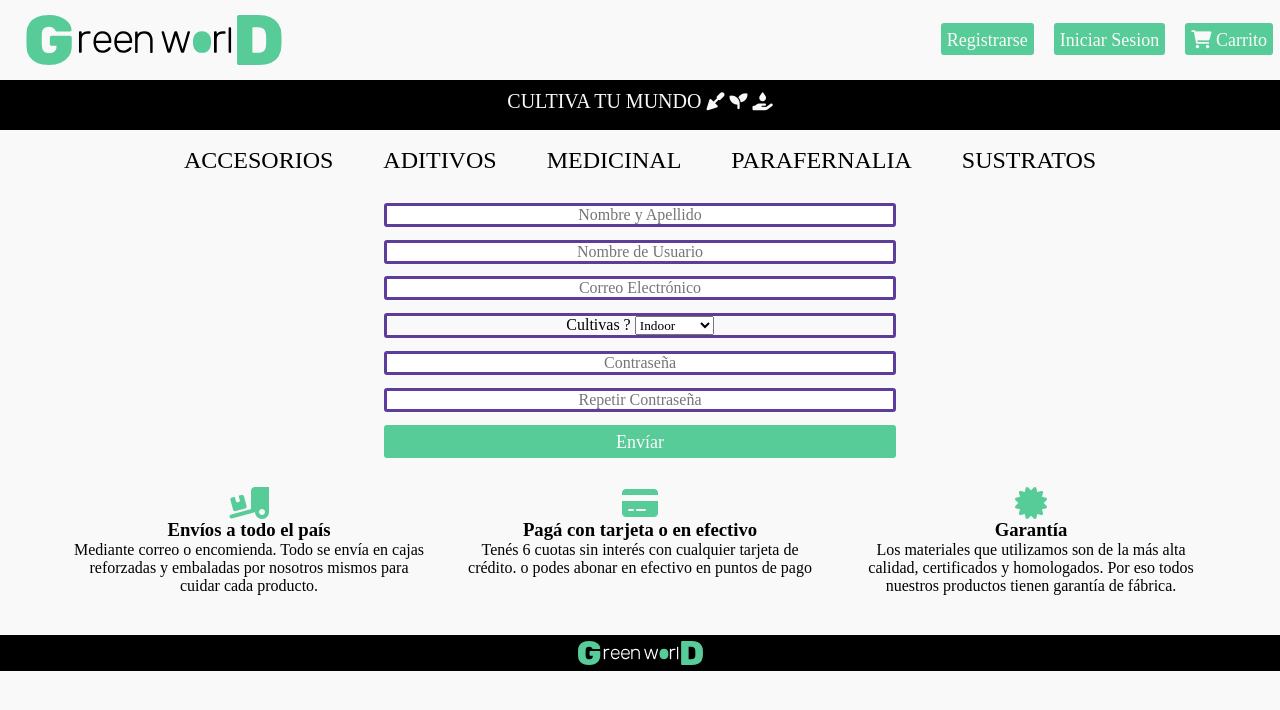
Repository: francoG98/grupo_9_Green_World
Page: source/views/register.html
An editor plug-in stored every save of this project. The page is shown before and after the next save, followed by the edit.
The browser window is 1280 px wide. The pictures show the whole page.
Some web fonts or font styles are not loaded; a fallback is used. Some web libraries are served in a nearby version.

Above is the page before, as saved 2022-06-24 20:22:37.

### source/views/register.html
<!DOCTYPE html>
<html lang="en">
<head>
    <meta charset="UTF-8">
    <meta http-equiv="X-UA-Compatible" content="IE=edge">
    <meta name="viewport" content="width=device-width, initial-scale=1.0">
    <title>Green World</title>

    <link rel="preconnect" href="https://fonts.googleapis.com">
<link rel="preconnect" href="https://fonts.gstatic.com" crossorigin>
<link href="https://fonts.googleapis.com/css2?family=Abel&family=Anek+Gujarati:wght@100;200;300;400;500;600;700;800&display=swap" rel="stylesheet">
<link rel="stylesheet" href="https://cdnjs.cloudflare.com/ajax/libs/font-awesome/6.1.1/css/all.min.css" integrity="sha512-KfkfwYDsLkIlwQp6LFnl8zNdLGxu9YAA1QvwINks4PhcElQSvqcyVLLD9aMhXd13uQjoXtEKNosOWaZqXgel0g==" crossorigin="anonymous" referrerpolicy="no-referrer" />
<link rel="stylesheet" href="/css/main-register.css">
<link rel="stylesheet" href="/css/header.css">
<link rel="stylesheet" href="/css/footer.css">

</head>
<body>
    <header>
        <div class="header-top-bar">
            <figure>
                <a href="/"><img src="/assets/logo-edu.svg" alt="Logo Green World" class="header-logo"></a>
            </figure>
            <div class="chart-burger">
                <a href="/chart" >
                    <i class="fa-solid fa-basket-shopping"></i>
                </a>
                <a href="" >
                    <i class="fas fa-bars"></i>
                </a>
            </div>
            <nav class="header-top-nav-bar">
                <ul>
                    <li><a href="/register">Registrarse</a> </li>
                    <li><a href="/login">Iniciar Sesion</a></li>
                    <li><a href="/chart"><i class="fa-solid fa-cart-shopping"></i>  Carrito</a></li>
                </ul>
            </nav>
        </div>
        <h2>CULTIVA TU MUNDO   <i id="pala" class="fa-solid fa-trowel"></i>    <i id="planta" class="fa-solid fa-seedling"></i>    <i id="agua" class="fa-solid fa-hand-holding-droplet"></i></h2>



        <nav class="header-bottom-nav-bar">
            <ul>
                <li ><a href="/accesorios">ACCESORIOS</a></li>
                <li ><a href="/aditivos">ADITIVOS</a></li>
                <li ><a href="/medicinal">MEDICINAL</a></li>
                <li ><a href="/parafernalia">PARAFERNALIA</a></li>
                <li ><a href="/sustratos">SUSTRATOS</a></li>
            </ul>
        </nav>
    </header>
    <main>
          <form method="post" action="">
            <p>
                <input type="text" name="nombre-apellido" placeholder="Nombre y Apellido" required>
            </p>
            <p>
                <input type="text" name="usuario" placeholder="Nombre de Usuario" required>
            </p>
            <p>
                <input type="mail" name="mail" placeholder="Correo Electrónico" required>
            </p>
            <p class="cultivo">
                <label for="cultivo"> Cultivas ?</label>
                    <select name="cultivo" id="cultivo" required>
                        <option value="Indoor">Indoor</option>
                        <option value="outdoor">Outdoor</option>
                        <option value="ambas">ambas</option>
                        <option value="ninguna">No cultivo</option>
                    </select>
            </p>
            <p>
                <input type="password" name="password" placeholder="Contraseña" required>
            </p>
            <p>
                <input type="password" name="repetir-password" placeholder="Repetir Contraseña" required>
            </p>
            <a href="./home.html"><button type="submit" name="registrar"> Envíar </button></a>
    </main>
    <footer>
        <div class="footer-top-bar">
            <section>
                <i class="fa-solid fa-truck-ramp-box"></i>
                <h3>Envíos a todo el país</h3>
                <p>Mediante correo o encomienda. Todo se envía en cajas reforzadas y embaladas por nosotros mismos para cuidar cada producto.</p>
            </section>
            <section>
                <i class="fa-solid fa-credit-card"></i>
                <h3>Pagá con tarjeta o en efectivo</h3>
                <p>Tenés 6 cuotas sin interés con cualquier tarjeta de crédito. o podes abonar en efectivo en
                    puntos de pago</p>
            </section>
            <section>
                <i class="fa-solid fa-certificate"></i>
                <h3>Garantía</h3>
                <p>Los materiales que utilizamos son de la más alta calidad, certificados y homologados. Por eso todos nuestros productos tienen garantía de fábrica.</p>
            </section>
        </div>
        <div class="footer-bottom-bar">
            <a href="/"><img src="/assets/logo-blanco-57cc99.svg" alt="Logo Green World" class="header-logo"></a>


        </div>
    </footer>

</body>
</html>

### public/css/main-register.css
*{
    margin: 0px;
    padding: 0px;
    box-sizing: border-box;
    font-family: "Anek Gujarati";
    }
a button{
    text-decoration: none;
        font-size: 18px;
        color:#f9f9f9;
        background-color:#57CC99;
        Width: 40%;
        padding:7px 6px 5px 6px;
        border: none;
        transition: opacity 200ms;
        justify-content: center;
        text-align: center;
        margin-left: 30%;
        margin-top: 1%;
        border-radius: 3px;
}
input{
    margin-left: 30%;
    margin-top: 1%;
    border: 3px solid #5c3d99;
    width: 40%;
    text-align: center;
    font-size: 16px;
    border-radius: 3px;
     ;

}
p.cultivo{
    margin-left: 30%;
    margin-top: 1%;
    border: 3px solid #5c3d99;
    width: 40%;
    text-align: center;
    font-size: 16px;
    border-radius: 3px;
}

### public/css/header.css
*{
    margin: 0px;
    padding: 0px;
    box-sizing: border-box;
    font-family: "Anek Gujarati";
    }
header{
    height:72px
}
.header-top-bar{
    display: flex;
    flex-wrap: wrap;
    /*
    background-color: #af95e2;*/
    background-color: #f9f9f9;
    align-items: center;
    justify-content: space-between;
    height: 40px;
    width:100vw;

}
.header-top-bar figure{
    width: 220px;
    height: 32px;;
    margin: 4px;

}
.header-logo{
    width: 100%;
    height:32px;


}
header h2{
    width: 100%;
    text-align: center;
    font-weight: normal;;
    background-color:black;
    color: #f9f9f9;;
    font-size: 18px;
    height:32px;;
    padding-top:6px


}

nav.header-top-nav-bar{
    width: 100%;
    order:3;
}

div.chart-burger{
    display: flex;
    justify-content: flex-end;
    align-items: center;
    gap: 5px;
    margin: 4px 10px;

}
div.chart-burger a{
    text-align:center;
    color:#f9f9f9;;
    /*
    background-color: #3e0b5e;*/
    background-color: #57CC99;
    box-sizing: border-box;
    height:32px;
    font-size: 18px;
    width: 32px;
    padding-top:4.4px;
    border-radius: 3px

}


nav.header-top-nav-bar ul{
    list-style: none;
    margin: 0 ;
    padding: 0;
    display: none;
    justify-content: space-between;
    flex-wrap: wrap;
}
nav.header-top-nav-bar ul li{
    width: 50%
}


.header-bottom-nav-bar ul{
    list-style: none;
    margin: 0 ;
    padding: 0;
    display: none

}

@media(min-width:768px){
    .header-top-nav-bar{
        display: none;
        order: 2;
        width: 100vw
    }

}
@media(min-width:1024px){
    body{background-color: #f9f9f9;

    }
    header{
        background-color: #f9f9f9;
        height: auto

    }
    .header-top-bar{
        display: flex;
        flex-wrap: wrap;
        background-color: #f9f9f9;
        align-items: center;
        justify-content: space-between;
        height: 80px;
        width:100vw;
        max-width: 1400px;
        margin:auto
    }
    .header-top-bar figure{
        width: 300px;
        height: 50px

    }
    .header-logo{
        height:100%;
    }

    nav.header-top-nav-bar{
        height:40px;
        align-items: center;
        display:flex;
        justify-content: flex-end;
        width:auto
    }

    div.chart-burger{
        display: none;
        order:5;
        width: 100%
    }
    nav.header-top-nav-bar ul{
        list-style: none;
        padding: 0;
        display: flex;
        justify-content: flex-end;
        align-items: center;
        flex-wrap: wrap;
        gap: 20px;
        text-decoration: none;
        margin:7px;
        order:3
    }
    nav.header-top-nav-bar ul li {
        width: auto;
    }
    nav.header-top-nav-bar ul li a{
        text-decoration: none;
        font-size: 18px;
        color:#f9f9f9;
        background-color:#57CC99;
        padding:7px 6px 5px 6px;
        border-radius:3px;
        transition: opacity 200ms
    }

    nav.header-top-nav-bar ul li a:hover{
        opacity: 0.7
    }
    header h2{
        width: 100%;
        height: 50px;
        padding-top: 10px;
        font-weight: normal;
        background-color:black;
        color: #f9f9f9;
        font-size: 20px;

    }
    #pala{
        transition: color 500ms, font-size 500ms
    }
    #pala:hover{
        color:#f65a5a;
        font-size: 40px
    }
    #planta{
        transition: color 500ms, font-size 500ms
    }
    #planta:hover{
        color:#80ed99;
        font-size: 40px
    }
    #agua{
        transition: color 500ms, font-size 500ms
    }
    #agua:hover{
        color:#90c0e0;
        font-size: 40px
    }


    .header-bottom-nav-bar ul{

        display: flex;
        justify-content: center;
        align-items: center;
        gap: 50px;
        height: 60px
    }
    .header-bottom-nav-bar ul a{
        text-decoration: none;
        font-size: 24px;
        color: black;

        transition: font-size 200ms
    }
    .header-bottom-nav-bar ul a:hover{
        font-size:30px;
        font-weight: 500;
        color: #57CC99
    }
}

### public/css/footer.css
footer{
    background-color:#f9f9f9

}
.footer-top-bar{
    display:flex;
    flex-wrap:wrap
}
.footer-top-bar section{
    width:100%;
    text-align: center;
    padding:10px
}

.footer-top-bar section i{
    color:#57CC99;
    font-size: 2em;
    line-height:10px;
    margin: auto;
    }
.footer-top-bar section h3{
font-weight:700
}
.footer-top-bar section p{
    font-family:"Abel"
}
.footer-bottom-bar{
    background-color:black;

}
.footer-bottom-bar a{
    display: flex;
    justify-content: center;
    align-content: center;
    padding:6px
}
.footer-bottom-bar a img{
    max-width:125px
}

@media(min-width:768px){
    .footer-top-bar{
        display:flex;
        justify-content: center;
        gap: 10px;
        padding: 30px 5px
    }
    .footer-top-bar section{
        width: 30%
    }


}

After the next save:
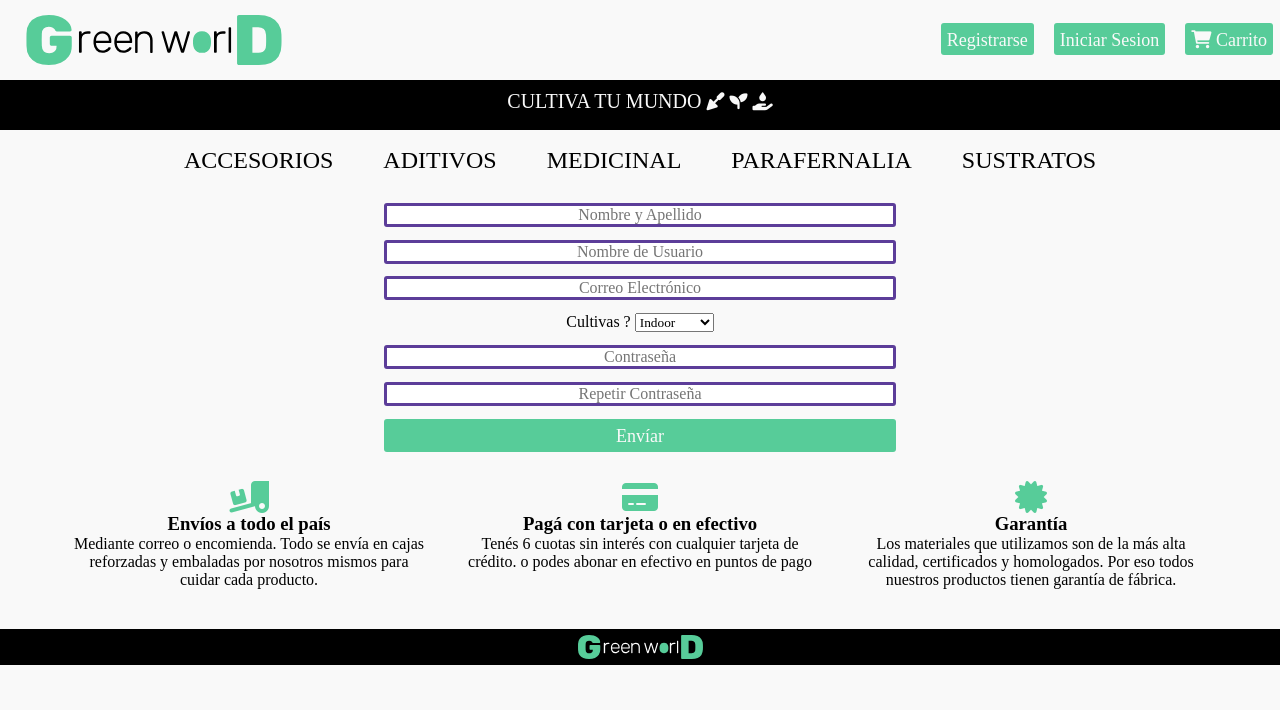
Saved 21 s later.
--- a/public/css/main-register.css
+++ b/public/css/main-register.css
@@ -33,7 +33,6 @@ input{
 p.cultivo{
     margin-left: 30%;
     margin-top: 1%;
-    border: 3px solid #5c3d99;
     width: 40%;
     text-align: center;
     font-size: 16px;
